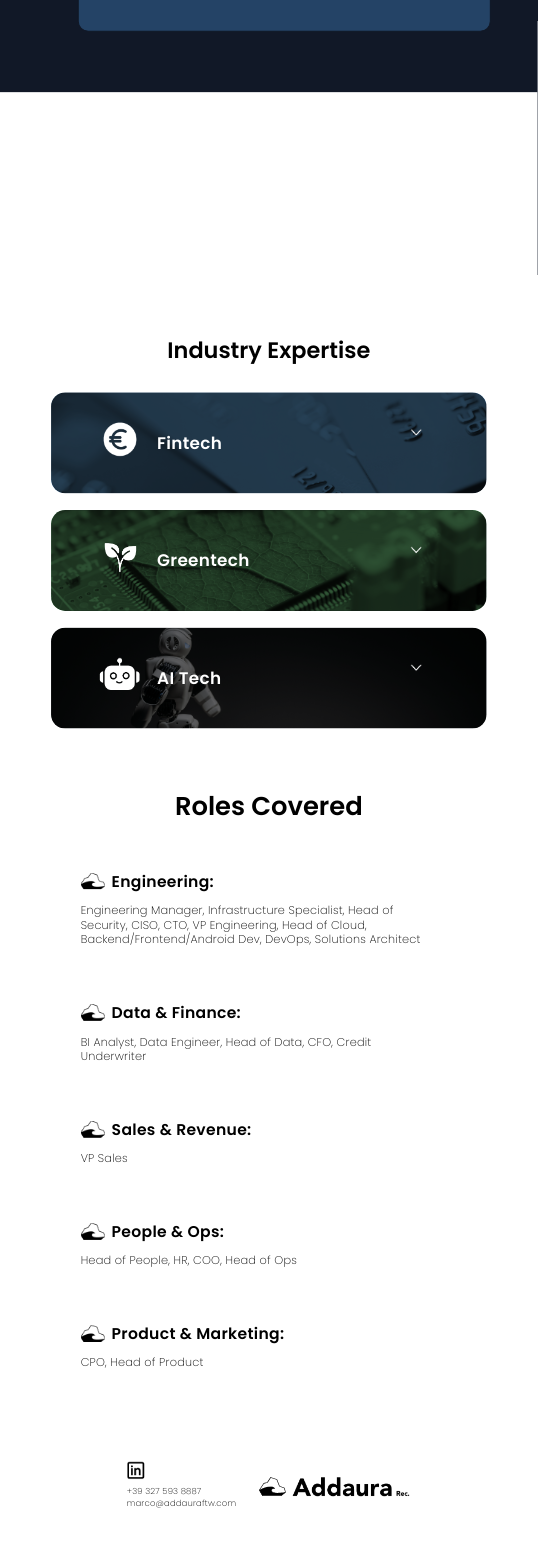
Repository: UnatPannu/Addaura-Trial
Page: public/services.html
An editor plug-in stored every save of this project. The page is shown before and after the next save, followed by the edit.
The browser window is 768 px wide. The pictures show the part of the page from y = 2874 to 5114 px (the page is 5114 px tall before and 5067 px after), at 70% of full size.
Backgrounds fixed to the window are drawn as part of the page.

Above is the page before, as saved 2025-09-22 19:23:08.

After the next save:
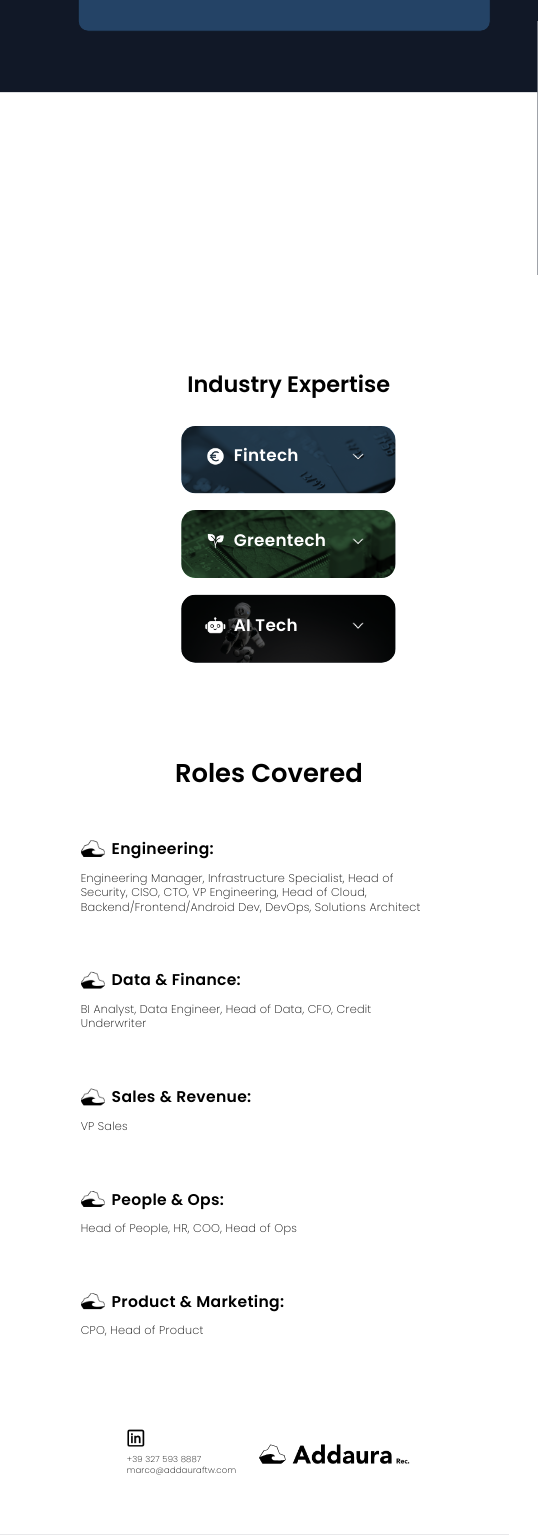
Saved 15 s later.
--- a/public/styles/services.css
+++ b/public/styles/services.css
@@ -449,8 +449,8 @@
   font-size: clamp(20px, 2.3vw, 32px);
 }
 .industry-expertise{
-  width: 95%;               /* or 80% or your preferred max width */
-  max-width: 100vw;       /* optional max width for large screens */
+  width: 80%;               /* or 80% or your preferred max width */
+  max-width: 1200px;        /* optional max width for large screens */
   margin: 0 auto;           /* centers the section horizontally */
   display: flex;
   flex-direction: column;   /* stack children vertically if needed */
@@ -459,15 +459,10 @@
   position: relative;
   overflow: hidden;
   height: auto;             /* adjust if 100vh is too tall */
-}
-.industry-expertise > .section-content,
-.industry-expertise > .images-section {
-  max-width: 90vw;
-  width: 100%;
-  margin: 0 auto;
+  padding: 2rem 1rem;       /* optional padding */
 }
 .industry-expertise .section-content{
-  width:100%;
+  width:100;
   align-items:center;
   justify-content: center;
 }
